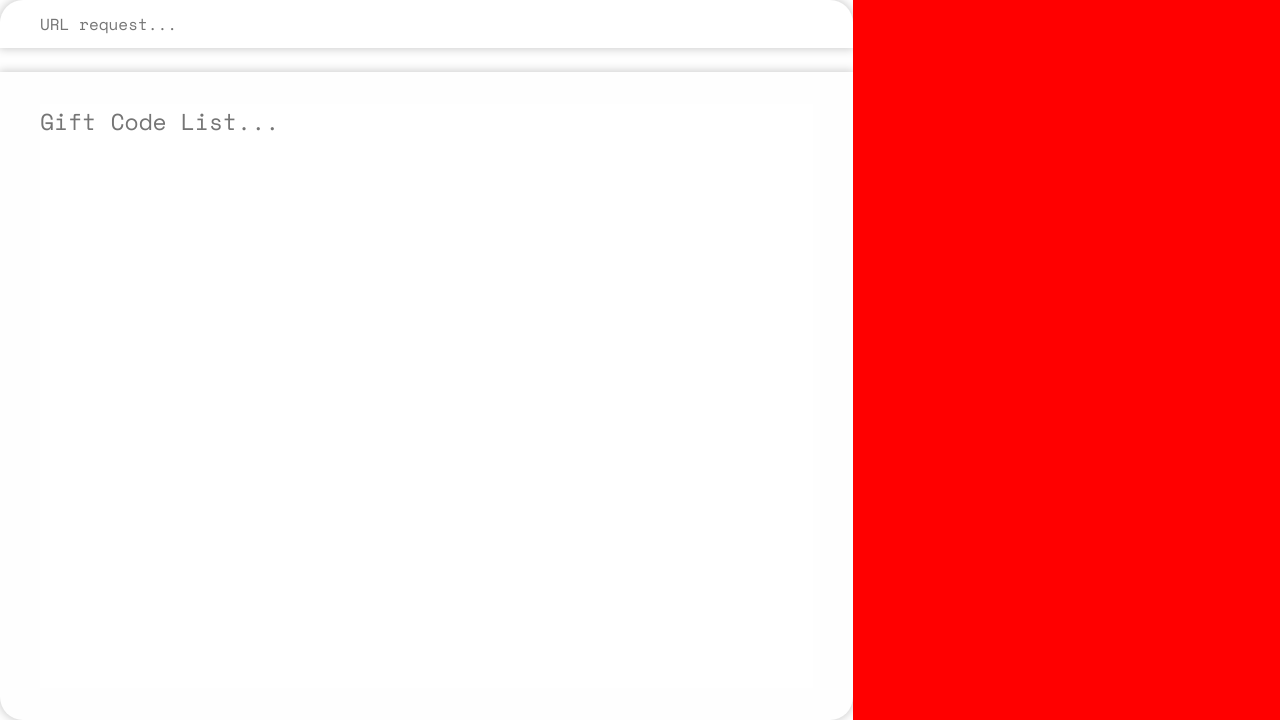
Repository: 777hanh777hanh/test
Page: index.html
The author's editor kept a copy of each file at every save. The page is drawn from the files as they stood at one save, then again after the next save.
The browser window is 1280 px wide. The pictures show the whole page.

Above is the page before, as saved 2023-06-30 17:21:37.

### index.html
<!DOCTYPE html>
<html lang="en">
    <head>
        <meta charset="UTF-8" />
        <meta name="viewport" content="width=device-width, initial-scale=1.0" />
        <title>Request API</title>
        <!-- Fonts -->
        <link rel="preconnect" href="https://fonts.googleapis.com" />
        <link rel="preconnect" href="https://fonts.gstatic.com" crossorigin />
        <link
            href="https://fonts.googleapis.com/css2?family=Space+Mono:wght@400;700&display=swap"
            rel="stylesheet"
        />
        <!-- CSS -->
        <link rel="stylesheet" href="./assets/css/reset.css" />
        <link rel="stylesheet" href="./assets/css/style.css" />
    </head>
    <body>
        <div class="inner">
            <!-- Input URL -->
            <div class="url-block">
                <input type="text" name="" id="url" class="url" placeholder="URL request..."></input>
            </div>
            <!-- Text Area -->
            <div class="giftCode-block">
                <textarea name="" id="giftCode" class="giftCode" placeholder="Gift Code List..."></textarea>
            </div>

            <!-- Result Block -->
            <div class="result-block"></div>
        </div>
        <script src="./assets/js/main.js"></script>
    </body>
</html>

### assets/css/reset.css
html,
body,
div,
span,
applet,
object,
iframe,
h1,
h2,
h3,
h4,
h5,
h6,
p,
blockquote,
pre,
a,
abbr,
acronym,
address,
big,
cite,
code,
del,
dfn,
em,
img,
ins,
kbd,
q,
s,
samp,
small,
strike,
strong,
sub,
sup,
tt,
var,
b,
u,
i,
center,
dl,
dt,
dd,
ol,
ul,
li,
fieldset,
form,
label,
legend,
table,
caption,
tbody,
tfoot,
thead,
tr,
th,
td,
article,
aside,
canvas,
details,
embed,
figure,
figcaption,
footer,
header,
hgroup,
menu,
nav,
output,
ruby,
section,
summary,
time,
mark,
audio,
video {
    margin: 0;
    padding: 0;
    border: 0;
    font-size: 100%;
    font: inherit;
    vertical-align: baseline;
}
/* HTML5 display-role reset for older browsers */
article,
aside,
details,
figcaption,
figure,
footer,
header,
hgroup,
menu,
nav,
section {
    display: block;
}
body {
    line-height: 1;
}
ol,
ul {
    list-style: none;
}
blockquote,
q {
    quotes: none;
}
blockquote:before,
blockquote:after,
q:before,
q:after {
    content: '';
    content: none;
}
table {
    border-collapse: collapse;
    border-spacing: 0;
}

button,
input,
textarea,
[tabindex] {
    outline: none;
    border: none;
    font-family: inherit;
}

a {
    text-decoration: none;
}

### assets/css/style.css
:root {
    --text-color: #333;
    --font-family: 'Space Mono', monospace;
}

* {
    padding: 0;
    margin: 0;
    box-sizing: border-box;
}

html {
    font-size: 62.5%;
}

body {
    min-height: 100vh;
    font-family: var(--font-family, 'system-ui');
    -webkit-font-smoothing: antialiased;
    -moz-osx-font-smoothing: grayscale;
    font-size: 1.6rem;
    overflow: overlay;
    background: #fefefe;
}

html *::-webkit-scrollbar {
    border-radius: 0;
    width: 8px;
}
html *::-webkit-scrollbar-thumb {
    border-radius: 4px;
    background-color: rgba(22, 24, 35, 0.06);
}
html *::-webkit-scrollbar-track {
    border-radius: 0;
    background-color: rgba(0, 0, 0, 0);
}

/* CSS */
.inner {
    min-height: 100vh;
    display: grid;
    grid-template-columns: repeat(3, 1fr);
    grid-template-rows: auto 3fr;
    grid-template-areas:
        'url url result'
        'giftCode giftCode result';
    row-gap: 24px;
}

/* Input Block */
.url-block {
    grid-area: url;
}

.url {
    display: block;
    padding: 12px 40px;
    width: 100%;
    height: 100%;
    font-size: 1.6rem;
    border-radius: 23px 23px 0 0;
    box-shadow: 0 0 10px 1px #ccc;
}

.giftCode-block {
    grid-area: giftCode;

    padding: 32px 40px;
    border-radius: 0 0 23px 23px;
    box-shadow: 0 0 10px 1px #ccc;
}

.giftCode {
    display: block;
    width: 100%;
    height: 100%;
    font-size: 2.3rem;
    font-family: var(--font-family, 'monospace');
    resize: none;
}

.result-block {
    grid-area: result;
    background: red;
}

Loaded but not shown: assets/js/main.js (no stored copy; drawn as an empty file)

After the next save:
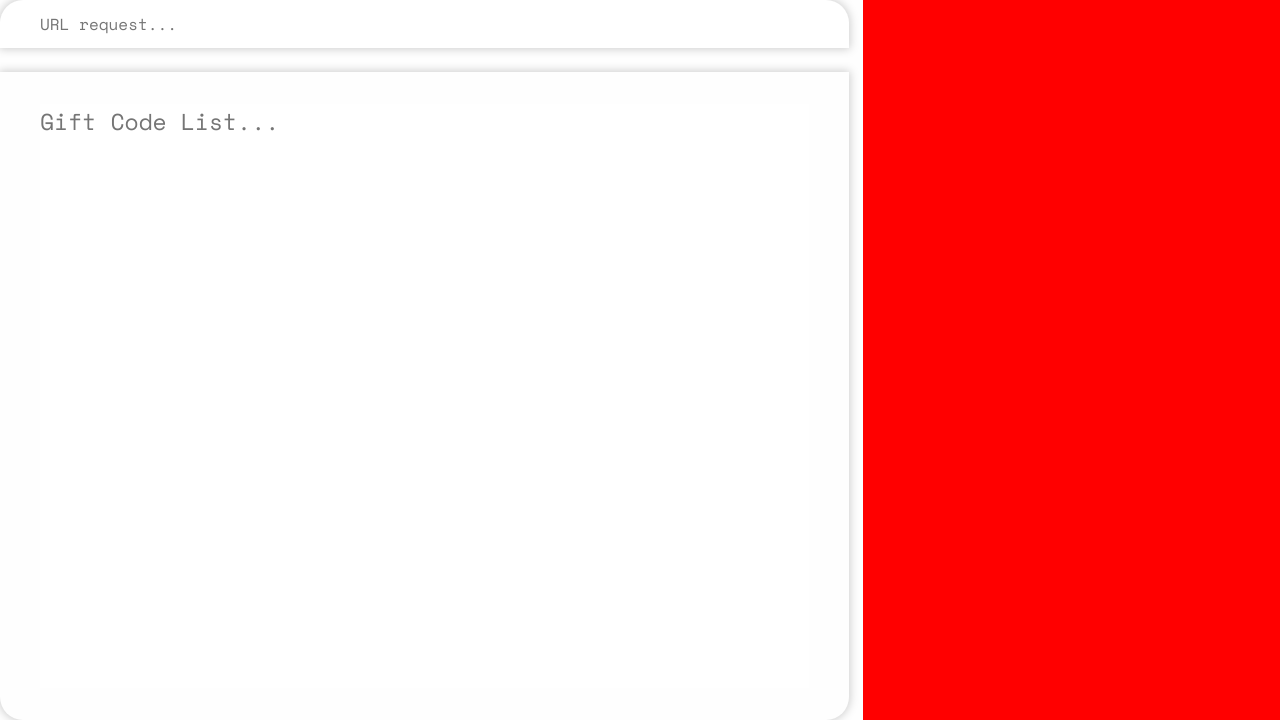
Saved 33 s later.
--- a/assets/css/style.css
+++ b/assets/css/style.css
@@ -45,6 +45,7 @@ html *::-webkit-scrollbar-track {
     grid-template-areas:
         'url url result'
         'giftCode giftCode result';
+    column-gap: 14px;
     row-gap: 24px;
 }
 
